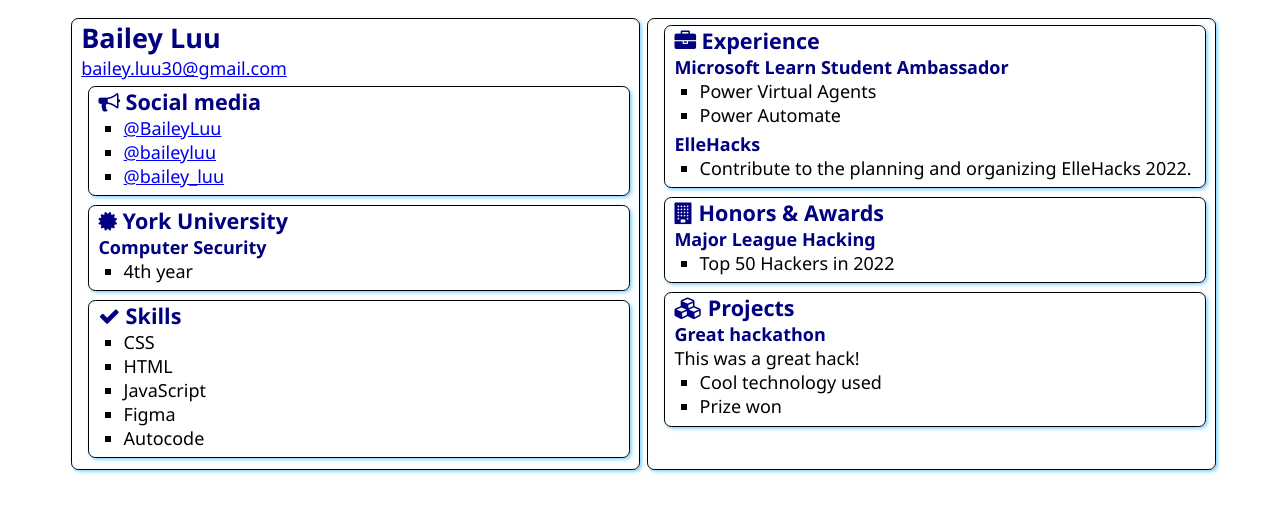
Repository: BaileyLuu/SATechnicalOnboarding
Page: src/index.html
An editor plug-in stored every save of this project. The page is shown before and after the next save, followed by the edit.
The browser window is 1280 px wide. The pictures show the whole page.

Above is the page before, as saved 2022-07-27 20:57:55.

After the next save:
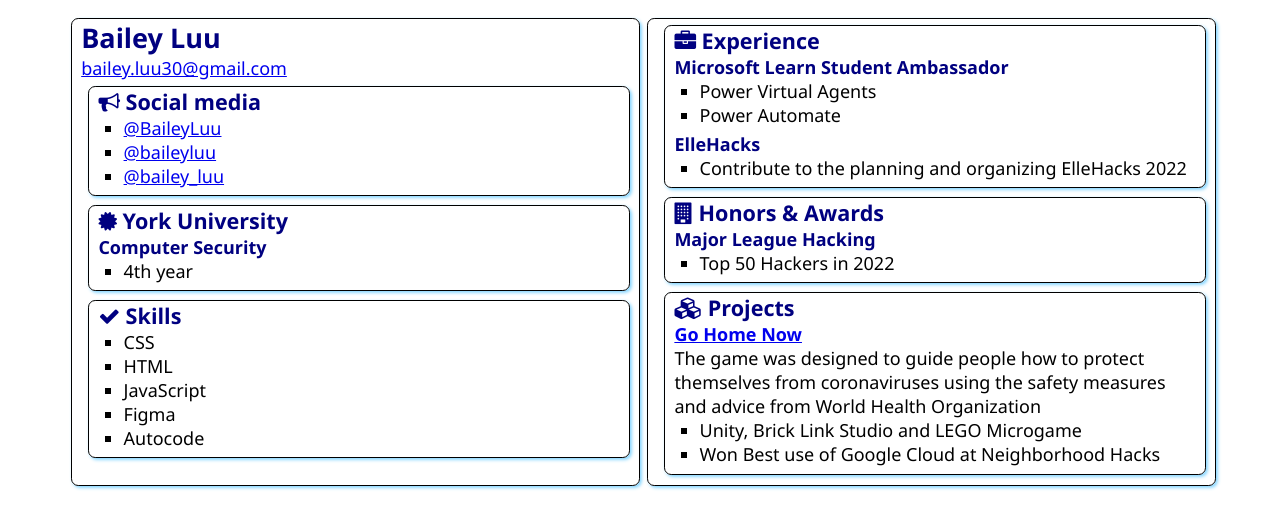
Saved 2 min 45 s later.
--- a/src/index.html
+++ b/src/index.html
@@ -68,7 +68,7 @@
                 </ul>
                 <h3>ElleHacks</h3>
                 <ul>
-                    <li>Contribute to the planning and organizing ElleHacks 2022.</li>
+                    <li>Contribute to the planning and organizing ElleHacks 2022</li>
                 </ul>
             </section>
             <section class="box">
@@ -89,11 +89,11 @@
                     Projects
                 </h2>
 
-                <h3>Great hackathon</h3>
-                <div>This was a great hack!</div>
+                <h3><a href="https://devpost.com/software/go-home-now">Go Home Now</a></h3>
+                <div>The game was designed to guide people how to protect themselves from coronaviruses using the safety measures and advice from World Health Organization</div>
                 <ul>
-                    <li>Cool technology used</li>
-                    <li>Prize won</li>
+                    <li>Unity, Brick Link Studio and LEGO Microgame</li>
+                    <li>Won Best use of Google Cloud at Neighborhood Hacks</li>
                 </ul>
             </section>
         </article>
